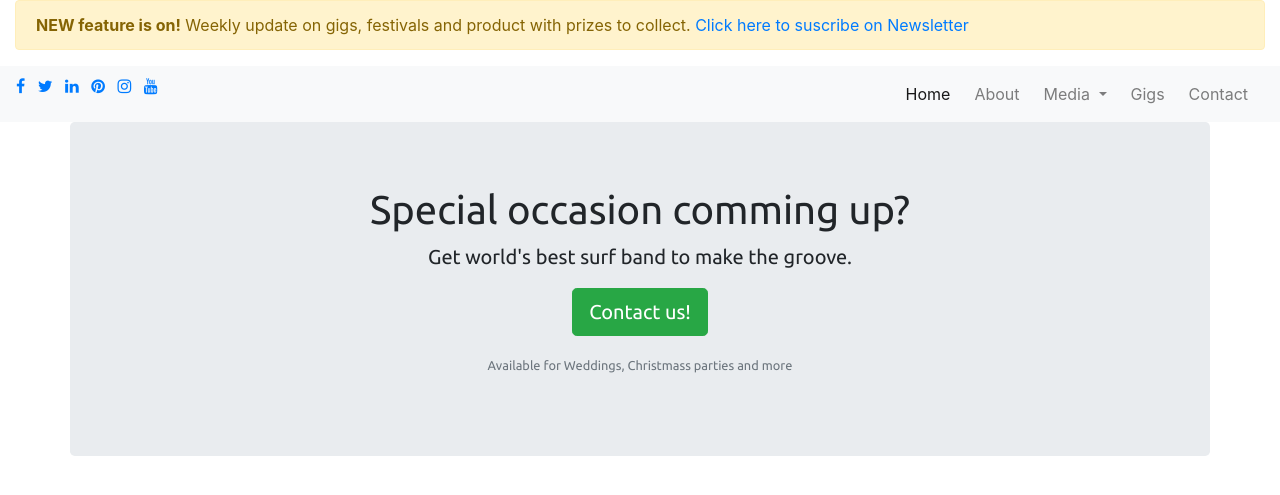
Repository: NamcorStudent/Stream_1_Project_HTML5-CSS3
Page: index.html
The author's editor kept a record of every edit. The page is drawn from the files as they stood at one moment, then again after the next edit.
The browser window is 1280 px wide. The pictures show the whole page.
Some web libraries are served in a nearby version.

Above is the page before.

### index.html
<!DOCTYPE html>
<html lang="en">

<head>
    <meta charset="UTF-8">
    <meta name="viewport" content="width=device-width, initial-scale=1.0">
    <meta http-equiv="X-UA-Compatible" content="ie=edge">
    <link rel="stylesheet" href="https://maxcdn.bootstrapcdn.com/bootstrap/4.2.1/css/bootstrap.min.css" type="text/css" />
    <link rel="stylesheet" href="https://maxcdn.bootstrapcdn.com/font-awesome/4.7.0/css/font-awesome.min.css" type="text/css" />
    <link rel="stylesheet" href="assets/css/style.css" type="text/css" />
    <title>The Bambi Molesters | Official</title>
</head>

<body>
 <!--Alert for subscription-->
    <div class="container-fluid alert-container">
        <div class="row d-none d-sm-block">
            <div class="col-12">
                <div class="alert alert-warning">
                    <strong>NEW feature is on!</strong> Weekly update on gigs, festivals and product with prizes to collect. <a href="#" data-toggle="modal" data-target="#signUpModal">Click here to suscribe on Newsletter</a>
                </div>
            </div>
        </div>
    </div>
    <!--Nav-->
    <nav class="navbar navbar-light navbar-expand-sm bg-light">
        <div class="social-links mr-auto">
            <ul class="list-inline social-links">
                <li class="list-inline-item">
                    <a target="_blank" href="#">
                            <i class="fa fa-facebook" aria-hidden="true"></i>
                            <span class="sr-only">Facebook</span>
                        </a>
                </li>
                <li class="list-inline-item">
                    <a target="_blank" href="#">
                            <i class="fa fa-twitter" aria-hidden="true"></i>
                            <span class="sr-only">Twitter</span>
                        </a>
                </li>
                <li class="list-inline-item">
                    <a target="_blank" href="#">
                            <i class="fa fa-linkedin" aria-hidden="true"></i>
                            <span class="sr-only">LinkedIn</span>
                        </a>
                </li>
                <li class="list-inline-item">
                    <a target="_blank" href="#">
                            <i class="fa fa-pinterest" aria-hidden="true"></i>
                            <span class="sr-only">Pinterest</span>
                        </a>
                </li>
                <li class="list-inline-item">
                    <a target="_blank" href="#">
                            <i class="fa fa-instagram" aria-hidden="true"></i>
                            <span class="sr-only">Instagram</span>
                        </a>
                </li>
                <li class="list-inline-item">
                    <a target="_blank" href="#">
                            <i class="fa fa-youtube" aria-hidden="true"></i>
                            <span class="sr-only">YouTube</span>
                        </a>
                </li>
            </ul>
        </div>
        <button class="navbar-toggler" type="button" data-toggle="collapse" data-target="#navbarTogglerDropdown" aria-controls="navbarTogglerDemo02" aria-expanded="false" aria-label="Toggle navigation">
            <span class="navbar-toggler-icon"></span>
            </button>

        <div class="collapse navbar-collapse" id="navbarTogglerDropdown">
            <ul class="navbar-nav ml-auto">
                <li class="active nav-item mr-2"><a class="nav-link" href="/">Home</a></li>
                <li class="nav-item mr-2"><a class="nav-link" href="">About</a></li>
                <li class="nav-item dropdown mr-2">
                    <a class="nav-link dropdown-toggle" href="#" id="navbarDropdownMenuLink" role="button" data-toggle="dropdown" aria-haspopup="true" aria-expanded="false">
          Media
        </a>
                    <div class="dropdown-menu" aria-labelledby="navbarDropdownMenuLink">
                        <a class="dropdown-item" href="#">Video</a>
                        <a class="dropdown-item" href="#">Music</a>
                        <a class="dropdown-item" href="#">Gallery</a>
                    </div>
                </li>
                <li class="nav-item mr-2"><a class="nav-link" href="">Gigs</a></li>
                <li class="nav-item mr-2"><a class="nav-link" href="">Contact</a></li>
                <li class="nav-item mr-2 d-block d-sm-none"><a class="nav-link" href="#" data-toggle="modal" data-target="#signUpModal">Suscribe!!!</a></li>
            </ul>
        </div>
    </nav>


    <!-- Callout -->
    <div class="container callout-container">
        <div class="row">
            <section class=" col-12 callout jumbotron text-center">
                <h1>Special occasion comming up?</h1>
                <p class="lead">Get world's best surf band to make the groove.</p>
                <p><button class="btn btn-lg btn-success" data-toggle="modal" data-target="#signUpModal">Contact us!</button></p>
                <p class="text-muted"><small>Available for Weddings, Christmass parties and more</small></p>
            </section>
        </div>
    </div>
    <!-- /.callout -->

    <!---Modal for subscription-->
    <div class="modal" tabindex="-1" role="dialog" id="signUpModal">
        <div class="modal-dialog" role="document">
            <div class="modal-content">
                <div class="modal-header">
                    <h5 class="modal-title">Sign Up To Whiskey Drop!</h5>
                    <button type="button" class="close" data-dismiss="modal" aria-label="Close">
          <span aria-hidden="true">&times;</span>
        </button>
                </div>
                <div class="modal-body">
                    <form>
                        <div class="form-group">
                            <label for="exampleInputEmail1">Email address</label>
                            <input type="email" class="form-control" id="exampleInputEmail1" aria-describedby="emailHelp" placeholder="Enter email">
                            <small id="emailHelp" class="form-text text-muted">We'll never share your email with anyone else.</small>
                        </div>
                        <div class="form-group">
                            <label for="password">Password</label>
                            <input type="password" class="form-control" id="password" placeholder="Password">
                        </div>
                        <div class="form-group">
                            <label for="repeatPassword">Repeat Password</label>
                            <input type="password" class="form-control" id="repeatPassword" placeholder="Repeat Password">
                        </div>
                        <button type="submit" class="btn btn-success">Submit</button>
                    </form>
                </div>
            </div>
        </div>
    </div>

    <script src="https://code.jquery.com/jquery-3.3.1.slim.min.js" integrity="sha384-q8i/X+965DzO0rT7abK41JStQIAqVgRVzpbzo5smXKp4YfRvH+8abtTE1Pi6jizo" crossorigin="anonymous"></script>
    <script src="https://cdnjs.cloudflare.com/ajax/libs/popper.js/1.14.7/umd/popper.min.js" integrity="sha384-UO2eT0CpHqdSJQ6hJty5KVphtPhzWj9WO1clHTMGa3JDZwrnQq4sF86dIHNDz0W1" crossorigin="anonymous"></script>
    <script src="https://stackpath.bootstrapcdn.com/bootstrap/4.3.1/js/bootstrap.min.js" integrity="sha384-JjSmVgyd0p3pXB1rRibZUAYoIIy6OrQ6VrjIEaFf/nJGzIxFDsf4x0xIM+B07jRM" crossorigin="anonymous"></script>
</body>

</html>

### assets/css/style.css
@import url('https://fonts.googleapis.com/css?family=Oswald|Ubuntu&display=swap');

.jumbotron{
    font-family: "Ubuntu", sans-serif;
    font-weight: 900;
}

After the next edit:
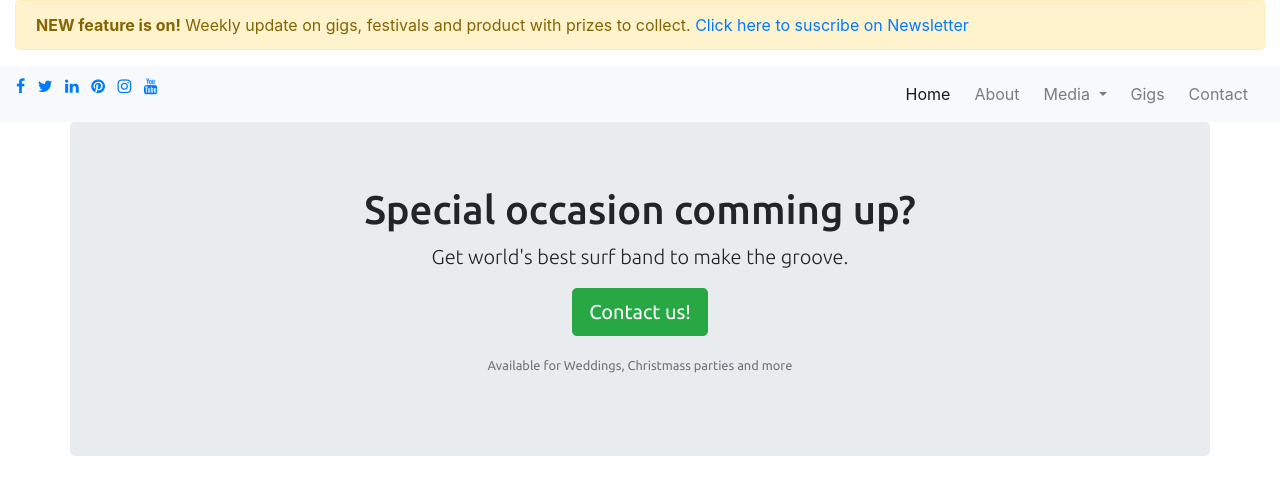
The edit:
--- a/assets/css/style.css
+++ b/assets/css/style.css
@@ -1,4 +1,4 @@
-@import url('https://fonts.googleapis.com/css?family=Oswald|Ubuntu&display=swap');
+@import url('https://fonts.googleapis.com/css?family=Oswald:100,200,300,400,500,600,700,800,900 | Ubuntu: 100,200,300,400,500,600,700,800,900');
 
 .jumbotron{
     font-family: "Ubuntu", sans-serif;
